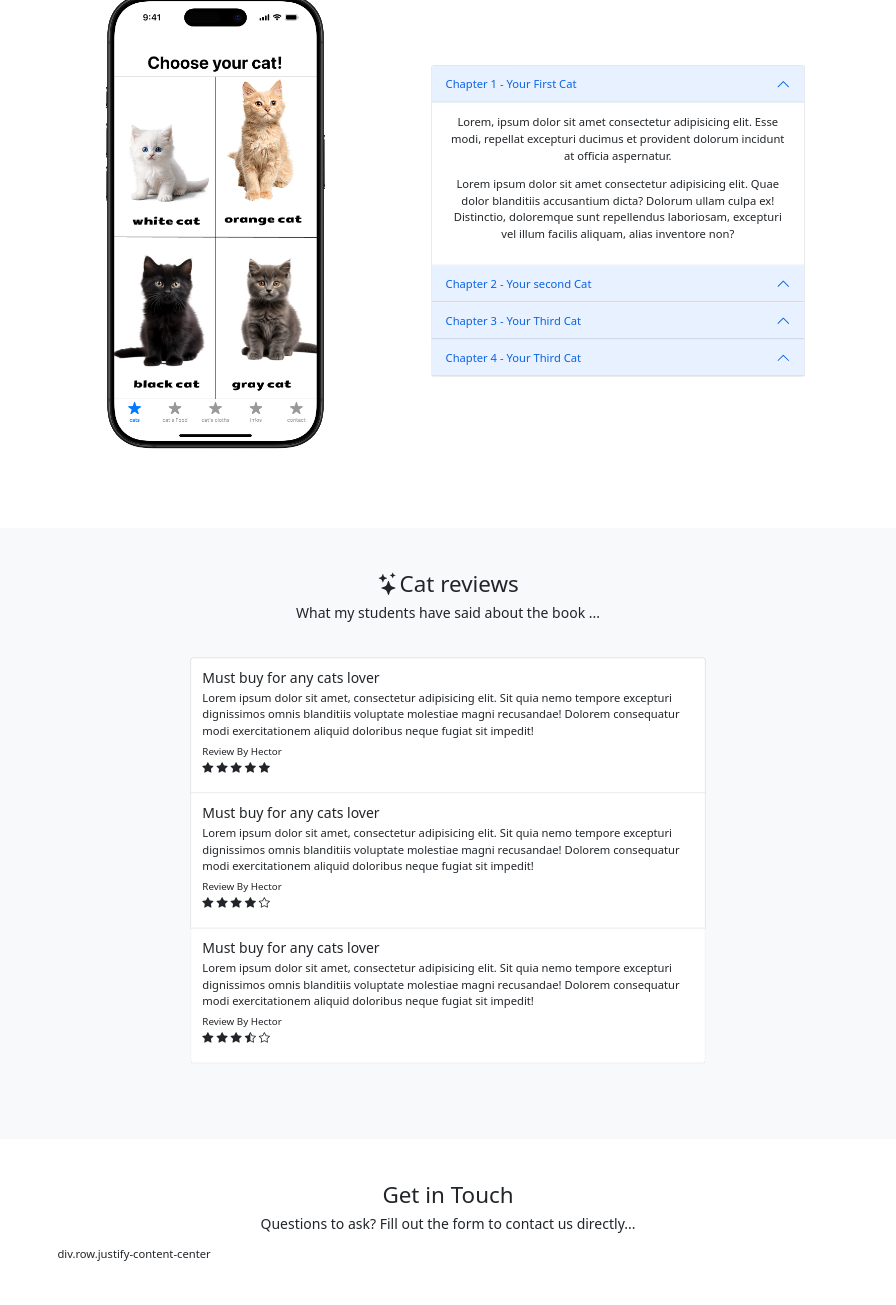
Repository: rihebtlh/catty-storefront
Page: index.html
These files come from the project's save history. The page is drawn as it stood at one moment and after a run of saves; the edit follows.
The browser window is 1280 px wide. The pictures show the part of the page from y = 1705 to 3625 px (the page is 3569 px tall before and 3625 px after), at 70% of full size.

Above is the page before, as saved 2025-06-18 16:50:24.

### index.html
<!DOCTYPE html>
<html lang="en">
<head>
  <meta charset="UTF-8" />
  <meta name="viewport" content="width=device-width, initial-scale=1.0" />
  <link
    href="https://cdn.jsdelivr.net/npm/bootstrap@5.0.2/dist/css/bootstrap.min.css"
    rel="stylesheet"
    integrity="sha384-EVSTQN3/azprG1Anm3QDgpJLIm9Nao0Yz1ztcQTwFspd3yD65VohhpuuCOmLASjC"
    crossorigin="anonymous"
  />
  <link rel="stylesheet" href="https://cdn.jsdelivr.net/npm/bootstrap-icons@1.13.1/font/bootstrap-icons.min.css">
  <title>Catty</title>
  <style>
    section {
      padding: 60px 0;
    }
  </style>
</head>
<body>
  <!-- Navbar -->
    <nav class="navbar navbar-expand-md navbar-light bg-light">
        <div class="container-xxl">
            <a href="#intro" class="navbar-brand">
                <span class="fw-bold text-secondary">Catty - find your cat</span>
            </a>
      <!-- Toggle button -->
            <button
                class="navbar-toggler"
                type="button"
                data-bs-toggle="collapse"
                data-bs-target="#main-nav"
                aria-controls="main-nav"
                aria-expanded="false"
                aria-label="Toggle navigation">
                <span class="navbar-toggler-icon"></span>
            </button>
      <!-- Navbar links -->
            <div class="collapse navbar-collapse justify-content-end align-center" id="main-nav">
                <ul class="navbar-nav">
                <li class="nav-item">
                    <a class="nav-link" href="#topics">About</a>
                </li>
                <li class="nav-item">
                    <a class="nav-link" href="#reviews">Reviews</a>
                </li>
                <li class="nav-item">
                    <a class="nav-link" href="#contact">Get in Touch</a>
                </li>
                <li class="nav-item d-md-none">
                    <a class="nav-link" href="#pricing">Pricing</a>
                </li>
                <li class="nav-item ms-2 d-none d-md-inline">
                    <a class="btn btn-secondary" href="#pricing">Get it Now</a>
                </li>
                </ul>
            </div>
        </div>
    </nav>

  <!-- Main image & intro text -->
  <section id="intro">
    <div class="container-lg">
      <div class="row justify-content-center align-items-center">
        <div class="col-md-5 text-center text-md-start">
          <h1>
            <div class="display-2">Catty</div>
            <div class="display-5 text-muted">Where every kitty feels at home</div>
          </h1>
          <p class="lead my-4 text-muted">
            Lorem ipsum dolor sit amet consectetur adipisicing elit.
          </p>
          <a href="#pricing" class="btn btn-secondary btn-lg">Get your cat Now!</a>
        </div>
        <div class="col-md-5 text-center d-none d-md-block">
          <img class="img-fluid" src="/assets/catLogo.webp" alt="cat" />
        </div>
      </div>
    </div>
  </section>

    <!-- pricing plans -->
    <!-- pricing plans -->
  <section id="pricing" class="bg-light mt-5">
    <div class="container-lg">
      <div class="text-center">
        <h2>Pricing Plans</h2>
        <p class="lead text-muted">Choose a pricing plan to suit you.</p>
      </div>

      <div class="row my-5 g-0 align-items-center justify-content-center"> <!--g-0 is for the gap so this one there's no gap-->
        <div class="col-8 col-lg-4 col-xl-3">
          <div class="card border-0">
            <div class="card-body text-center py-4">
              <h4 class="card-title">Starter Edition</h4>
              <p class="lead card-subtitle">eBook download only</p>
              <p class="display-5 my-4 text-primary fw-bold">$12.99</p>
              <p class="card-text mx-5 text-muted d-none d-lg-block">Lorem ipsum dolor sit amet consectetur adipisicing elit. Mollitia, vitae magni! Repellat commodi a fuga corporis saepe dolorum.</p>
              <a href="#" class="btn btn-outline-primary btn-lg mt-3">
                Buy Now
              </a>
            </div>
          </div>
        </div>

        <div class="col-9 col-lg-4">
          <div class="card border-primary border-2">
            <div class="card-header text-center text-primary">Most Popular</div>
            <div class="card-body text-center py-5">
              <h4 class="card-title">Complete Edition</h4>
              <p class="lead card-subtitle">eBook download & all updates</p>
              <p class="display-4 my-4 text-primary fw-bold">$18.99</p>
              <p class="card-text mx-5 text-muted d-none d-lg-block">Lorem ipsum dolor sit amet consectetur adipisicing elit. Mollitia, vitae magni! Repellat commodi a fuga corporis saepe dolorum.</p>
              <a href="#" class="btn btn-outline-primary btn-lg mt-3">
                Buy Now
              </a>
            </div>
          </div>
        </div>

        <div class="col-8 col-lg-4 col-xl-3">
          <div class="card border-0">
            <div class="card-body text-center py-4">
              <h4 class="card-title">Ultimate Edition</h4>
              <p class="lead card-subtitle">download, updates & extras</p>
              <p class="display-5 my-4 text-primary fw-bold">$24.99</p>
              <p class="card-text mx-5 text-muted d-none d-lg-block">Lorem ipsum dolor sit amet consectetur adipisicing elit. Mollitia, vitae magni! Repellat commodi a fuga corporis saepe dolorum.</p>
              <a href="#" class="btn btn-outline-primary btn-lg mt-3">
                Buy Now
              </a>
            </div>
          </div>
        </div>
      </div>
    </div><!-- end container -->
  </section>

    <!-- topics at a glance -->
     <section class="topics">
      <div class="container-md"> <!--100% width until meduim screens qt thispoint it will get everything at the middle-->
        <div class="text-center">
          <h2>Inside the book...</h2>
          <p class="lead text-muted">
            A quick glance at the topics you'll learn
          </p>
          <div class="row my-5 g-5 justify-content-around align-items-center">
            <div class="col-6 col-lg-4">
              <img src="/assets/phone.png" class="img-fluid" alt="ebook">
            </div>
            <div class="col-lg-6">
            <!-- accordion 1-->
            <div class="accordion" id="chapters">
              <div class="accordion-item">
                <h2 class="accordion-header" id="heading-1">
                  <button class="accordion-button" type="button" data-bs-toggle="collapse" data-bs-target="#chapter-1" aria-expanded="true" aria-controls="chapter-1">
                    Chapter 1 - Your First Cat
                  </button>
                </h2>
                <div id="chapter-1" class="accordion-collapse collapse show" aria-labelledby="heading-1" data-bs-parent="#chapters">
                  <div class="accordion-body">
                    <p>Lorem, ipsum dolor sit amet consectetur adipisicing elit. Esse modi, repellat excepturi ducimus et provident dolorum incidunt at officia aspernatur.</p>
                    <p>Lorem ipsum dolor sit amet consectetur adipisicing elit. Quae dolor blanditiis accusantium dicta? Dolorum ullam culpa ex! Distinctio, doloremque sunt repellendus laboriosam, excepturi vel illum facilis aliquam, alias inventore non?</p>

                  </div>
                </div>
              </div>
              <!-- accordion 2-->
              <div class="accordion-item">
                <h2 class="accordion-header" id="heading-2">
                  <button class="accordion-button" type="button" data-bs-toggle="collapse" data-bs-target="#chapter-2" aria-expanded="true" aria-controls="chapter-2">
                    Chapter 2 - Your second Cat
                  </button>
                </h2>
                <div id="chapter-2" class="accordion-collapse collapse" aria-labelledby="heading-2" data-bs-parent="#chapters">
                  <div class="accordion-body">
                    <p>Lorem, ipsum dolor sit amet consectetur adipisicing elit. Esse modi, repellat excepturi ducimus et provident dolorum incidunt at officia aspernatur.</p>
                    <p>Lorem ipsum dolor sit amet consectetur adipisicing elit. Quae dolor blanditiis accusantium dicta? Dolorum ullam culpa ex! Distinctio, doloremque sunt repellendus laboriosam, excepturi vel illum facilis aliquam, alias inventore non?</p>
                  </div>
                </div>
              </div>

              <!-- accordion 3-->
              <div class="accordion-item">
                <h2 class="accordion-header" id="heading-3">
                  <button class="accordion-button" type="button" data-bs-toggle="collapse" data-bs-target="#chapter-3" aria-expanded="true" aria-controls="chapter-3">
                    Chapter 3 - Your Third Cat
                  </button>
                </h2>
                <div id="chapter-3" class="accordion-collapse collapse" aria-labelledby="heading-3" data-bs-parent="#chapters">
                  <div class="accordion-body">
                    <p>Lorem, ipsum dolor sit amet consectetur adipisicing elit. Esse modi, repellat excepturi ducimus et provident dolorum incidunt at officia aspernatur.</p>
                    <p>Lorem ipsum dolor sit amet consectetur adipisicing elit. Quae dolor blanditiis accusantium dicta? Dolorum ullam culpa ex! Distinctio, doloremque sunt repellendus laboriosam, excepturi vel illum facilis aliquam, alias inventore non?</p>
                  </div>
                </div>
              </div>

              <!-- accordion 4-->
              <div class="accordion-item">
                <h2 class="accordion-header" id="heading-4">
                  <button class="accordion-button" type="button" data-bs-toggle="collapse" data-bs-target="#chapter-4" aria-expanded="true" aria-controls="chapter-4">
                    Chapter 4 - Your Third Cat
                  </button>
                </h2>
                <div id="chapter-4" class="accordion-collapse collapse" aria-labelledby="heading-4" data-bs-parent="#chapters">
                  <div class="accordion-body">
                    <p>Lorem, ipsum dolor sit amet consectetur adipisicing elit. Esse modi, repellat excepturi ducimus et provident dolorum incidunt at officia aspernatur.</p>
                    <p>Lorem ipsum dolor sit amet consectetur adipisicing elit. Quae dolor blanditiis accusantium dicta? Dolorum ullam culpa ex! Distinctio, doloremque sunt repellendus laboriosam, excepturi vel illum facilis aliquam, alias inventore non?</p>
                  </div>
                </div>
              </div>
              </div>

            </div>

          </div><!--around: spred around any free space (all the gaps are equal)-->
        </div>
      </div>
     </section>



    <!-- reviews list -->
    <section class="bg-light" id="reviews">
      <div class="container-lg">
        <div class="text-center">
          <h2><i class="bi bi-stars"></i>Cat reviews</h2>
          <p class="lead">What my students have said about the book ...</p>
        </div>
        <div class="row justify-content-center my-5">
          <div class="col-lg-8">
            <div class="list-group">
              <div class="list-group-item py-3">
                <h5 class="mb-1">Must buy for any cats lover</h5>
                <p class="mb-1">Lorem ipsum dolor sit amet, consectetur adipisicing elit. Sit quia nemo tempore excepturi dignissimos omnis blanditiis voluptate molestiae magni recusandae! Dolorem consequatur modi exercitationem aliquid doloribus neque fugiat sit impedit!</p>
                <small>Review By Hector</small>
                <div class="pb-2">
                  <i class="bi bi-star-fill"></i>
                  <i class="bi bi-star-fill"></i>
                  <i class="bi bi-star-fill"></i>
                  <i class="bi bi-star-fill"></i>
                  <i class="bi bi-star-fill"></i>
                </div>
              </div>
              <div class="list-group-item py-3">
                <h5 class="mb-1">Must buy for any cats lover</h5>
                <p class="mb-1">Lorem ipsum dolor sit amet, consectetur adipisicing elit. Sit quia nemo tempore excepturi dignissimos omnis blanditiis voluptate molestiae magni recusandae! Dolorem consequatur modi exercitationem aliquid doloribus neque fugiat sit impedit!</p>
                <small>Review By Hector</small>
                <div class="pb-2">
                  <i class="bi bi-star-fill"></i>
                  <i class="bi bi-star-fill"></i>
                  <i class="bi bi-star-fill"></i>
                  <i class="bi bi-star-fill"></i>
                  <i class="bi bi-star"></i>
                </div>
              </div>
              <div class="list-group-item py-3">
                <h5 class="mb-1">Must buy for any cats lover</h5>
                <p class="mb-1">Lorem ipsum dolor sit amet, consectetur adipisicing elit. Sit quia nemo tempore excepturi dignissimos omnis blanditiis voluptate molestiae magni recusandae! Dolorem consequatur modi exercitationem aliquid doloribus neque fugiat sit impedit!</p>
                <small>Review By Hector</small>
                <div class="pb-2">
                  <i class="bi bi-star-fill"></i>
                  <i class="bi bi-star-fill"></i>
                  <i class="bi bi-star-fill"></i>
                  <i class="bi bi-star-half"></i>
                  <i class="bi bi-star"></i>
                </div>
              </div>
            </div>
          </div>
        </div>
      </div>
    </section>
    <!-- contact form -->
    <!-- form-control, form-label, form-select, input-group-text -->
    <section id="contact">
      <div class="container-lg">
        <div class="text-center">
          <h2>Get in Touch</h2>
          <p class="lead">Questions to ask? Fill out the form to contact us directly...</p>
        </div>

        div.row.justify-content-center
      </div>
    </section>
    <!-- get updates / modal trigger -->

  <!-- Bootstrap JS -->
  <script
    src="https://cdn.jsdelivr.net/npm/bootstrap@5.0.2/dist/js/bootstrap.bundle.min.js"
    integrity="sha384-MrcW6ZMFYlzcLA8Nl+NtUVF0sA7MsXsP1UyJoMp4YLEuNSfAP+JcXn/tWtIaxVXM"
    crossorigin="anonymous"
  ></script>
</body>
</html>

After the next 2 saves:
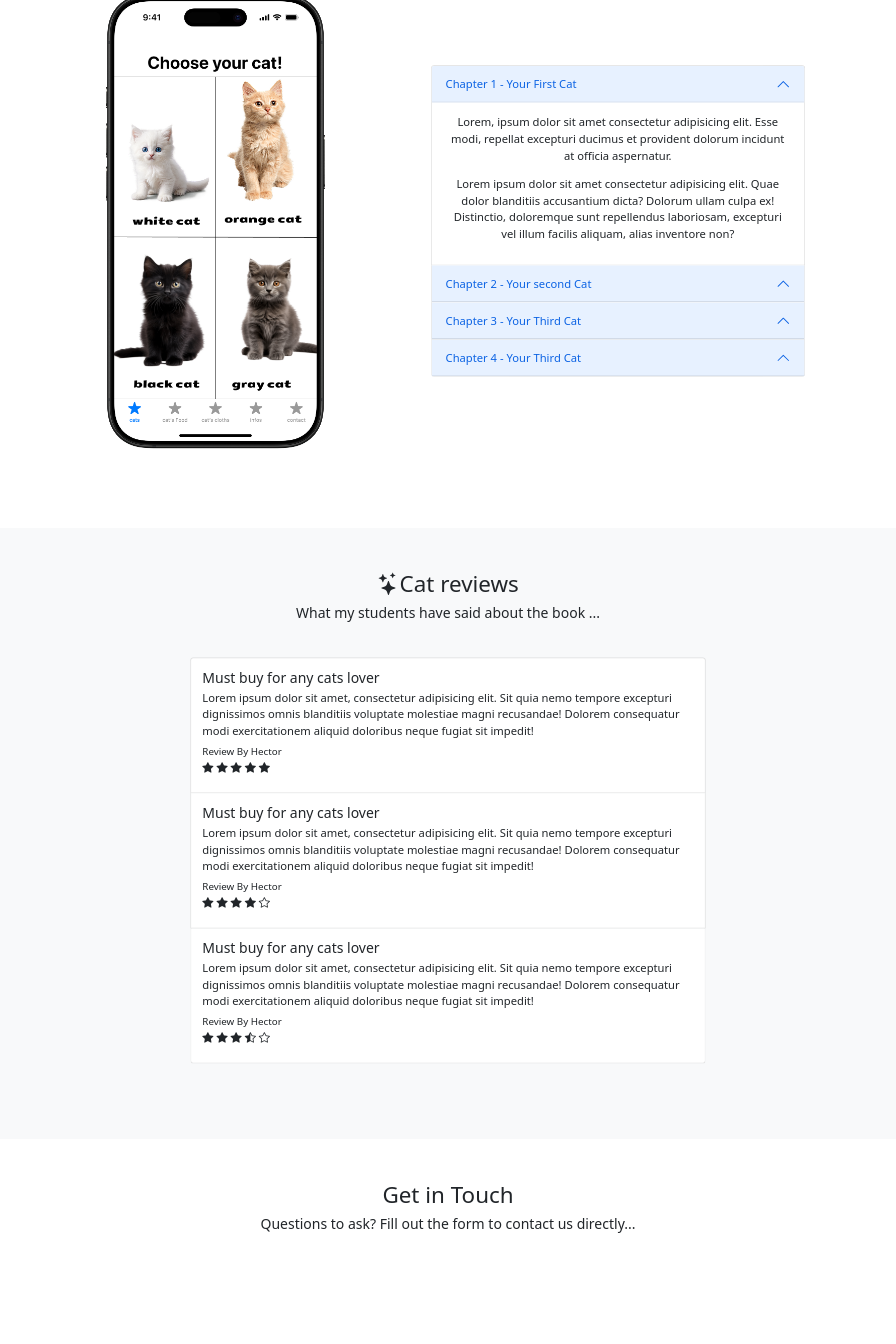
The 2 saves are shown as one change because they came seconds apart.
The last was saved 6 s later.
--- a/index.html
+++ b/index.html
@@ -279,7 +279,9 @@
           <p class="lead">Questions to ask? Fill out the form to contact us directly...</p>
         </div>
 
-        div.row.justify-content-center
+        <div class="row justify-content-center my-5">
+
+        </div>
       </div>
     </section>
     <!-- get updates / modal trigger -->
